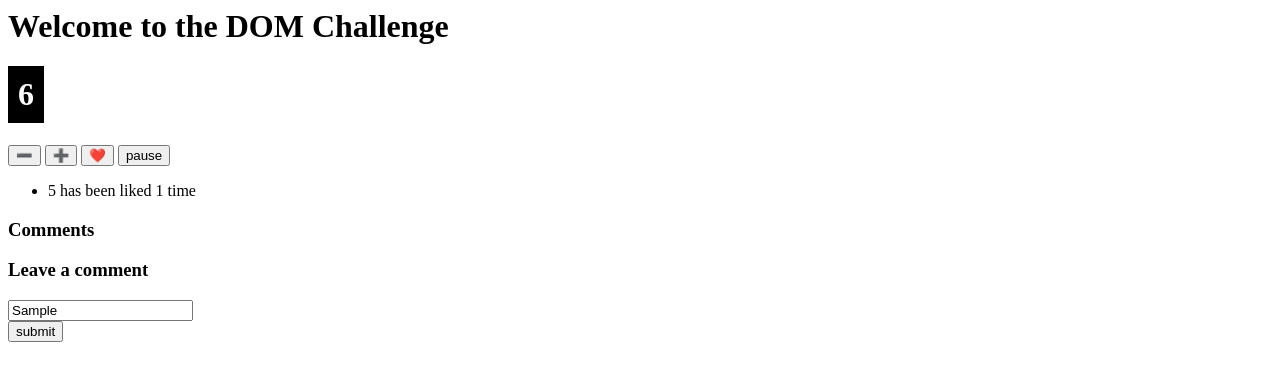
Repository: learn-co-students/jsdom-dom-challenge-onl01-seng-pt-012120
Page: index.html
An editor plug-in stored every save of this project. The page is shown before and after the next save, followed by the edit.
The browser window is 1280 px wide. The pictures show the whole page.
Empty fields were first filled with sample values (such as "Sample", 5 or name@example.com).
After loading, the first visible `#heart` was clicked once.

Above is the page before, as saved 2020-08-03 09:35:14.

### index.html
<html>
<head>
  <meta charset="UTF-8">
  <title>Dom Challenge</title>
  <style>
    #counter {
      background-color: black;
      color: white;
      display: table;
      padding: 10px;
    }
  </style>
</head>
<body>
  <h1>
    Welcome to the DOM Challenge
  </h1>
  <h1 id='counter'>
    0
  </h1>
  <button id='minus' > ➖ </button>
  <button id='plus' > ➕ </button>
  <button id='heart' > ❤️ </button>
  <button id='pause' > pause </button>

  <ul class='likes'></ul>

  <div>
    <h3>Comments</h3>
    <div id='list' class='comments'></div>

    <h3>Leave a comment</h3>

    <form id="comment-form" action="">
      <input type='text' name="comment" id="comment-input" cols="30" rows="10">
      </br>
      <button id='submit'>submit</button>
    </form>

  </div>

  <!-- <script src="js/index.min.js"></script> -->
  <script src="js/challenge.js"></script>
</body>
</html>

### js/challenge.js
document.addEventListener('DOMContentLoaded', () =>{

    //h1 element of the page that needs to change every second
    const c = document.getElementById("counter");

    //timer function
    const timer = () => {
        return setInterval(function () {
            let num = parseInt(c.innerHTML);
            num++
            c.innerHTML = num
        }, 1000)
    };
    //function for timer ** did not work had to put the function actually in the call for seInterval
    let counterIncrease = () => {
        let num = parseInt(c.innerHTML);
        num++
        c.innerHTML = num
    };
    // to interact with the timer and start the timer
    const interval = timer();
    // timer has started running this is for toggling the pause button currently the timer is 'running'
    // allow for a true~false question to determine what to do with the timer if run pause other wise run
    const timing = true;


    // plus button
    const plus = document.getElementById("plus");
    // plus event listener kept code from timer works here
    plus.addEventListener('click', counterIncrease);


    // minus button
    const minus = document.getElementById("minus");
    //event listener for the minus button
    minus.addEventListener('click', (e)=>{
        let num = parseInt(c.innerHTML);
        if (num>0) {
            num--
        }
        c.innerHTML = num
    });


    // heart button
    const heart = document.getElementById("heart");
    // list element for listing likes
    const likesList = document.querySelector('.likes')
    // need to check the list to see if there is a ??? to determine if the # has already been liked
    //if already liked then take the number of likes and increase it by one
    //else create a new element in the array of likes

    heart.addEventListener('click', (e)=>{
        let likedNum = parseInt(c.innerHTML);
        if(ll = document.getElementById(likedNum)){
            debugger;
            let currentLikeCount = parseInt(ll.getElementsByTagName('span').innerHTML) + 1
            ll.querySelector("span").innerHTML = "${currentLikeCount}";
            ll.innerHTML += "s";
        } else {
            let ll = document.createElement('li');
            let s = document.createElement('span');
            s.innerHTML = "1";
            s.id =likedNum;
            ll.id = likedNum;
            ll.innerText = likedNum + ' has been liked ';
            ll.appendChild(s);
            ll.innerText += ' time';
            likesList.appendChild(ll);
        }
    });


    // pause button
    const pause = document.getElementById("pause");
   // if timer is on then need to change it to off stop the timer element from running and change the web page elements to not be working
   //else if timer is not running need to mark as running restart the timer and unblock elements of the webpage

    // comment form
    const cf = document.getElementById("comment-form")
    // comment field that contains the text of the comment
    const comment = document.getElementById("comment-input")
    // comment list element
    const comList = document.getElementsByClassName('comments')
    // on submit need to
    // ignore submit button default action
    // add comment to the comment list
    // clear comment form


});

After the next save:
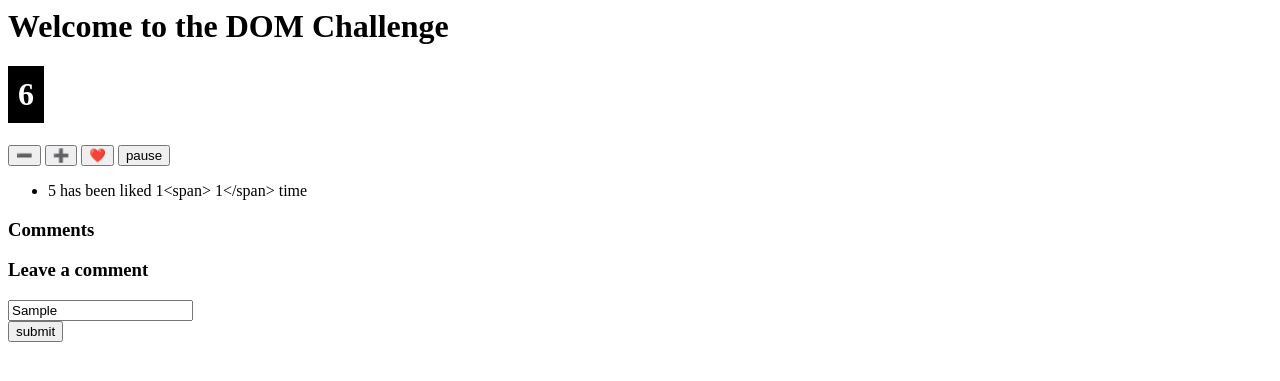
Saved 2 min 9 s later.
--- a/js/challenge.js
+++ b/js/challenge.js
@@ -61,11 +61,10 @@ document.addEventListener('DOMContentLoaded', () =>{
             let ll = document.createElement('li');
             let s = document.createElement('span');
             s.innerHTML = "1";
-            s.id =likedNum;
             ll.id = likedNum;
             ll.innerText = likedNum + ' has been liked ';
             ll.appendChild(s);
-            ll.innerText += ' time';
+            ll.innerText += '<span> 1</span> time';
             likesList.appendChild(ll);
         }
     });
